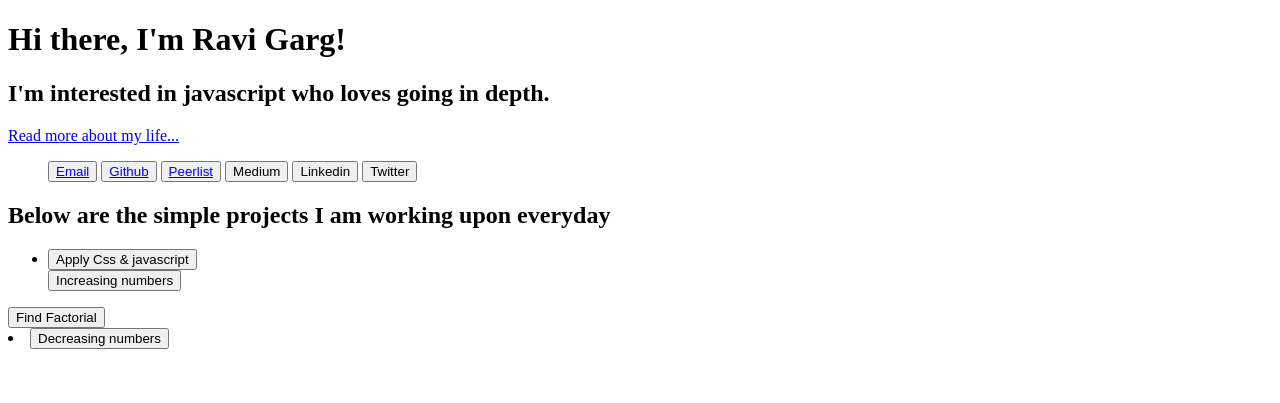
Repository: ravigarg001/musafir
Page: index.html
The author's editor kept a copy of each file at every save. The page is drawn from the files as they stood at one save, then again after the next save.
The browser window is 1280 px wide. The pictures show the whole page.

Above is the page before, as saved 2022-05-02 09:21:58.

After the next save:
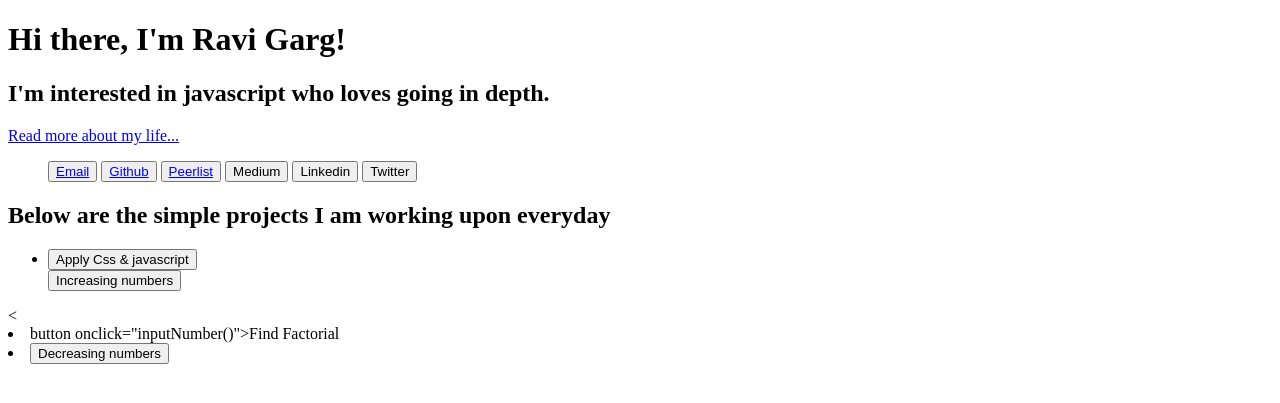
Saved 5 s later.
--- a/index.html
+++ b/index.html
@@ -27,7 +27,7 @@
 <ul>
   <li><button class="cssAdder" onclick="addCssAndJs()">Apply Css & javascript</button></li>
   <button onclick="inputNumber1()">Increasing numbers </button></ul></li>
-  <button onclick="inputNumber()">Find Factorial</button></li>
+  <<li>button onclick="inputNumber()">Find Factorial</button></li>
   <li><button onclick="inputNumber2()">Decreasing numbers</button></li>
 </ul>
 </footer>
